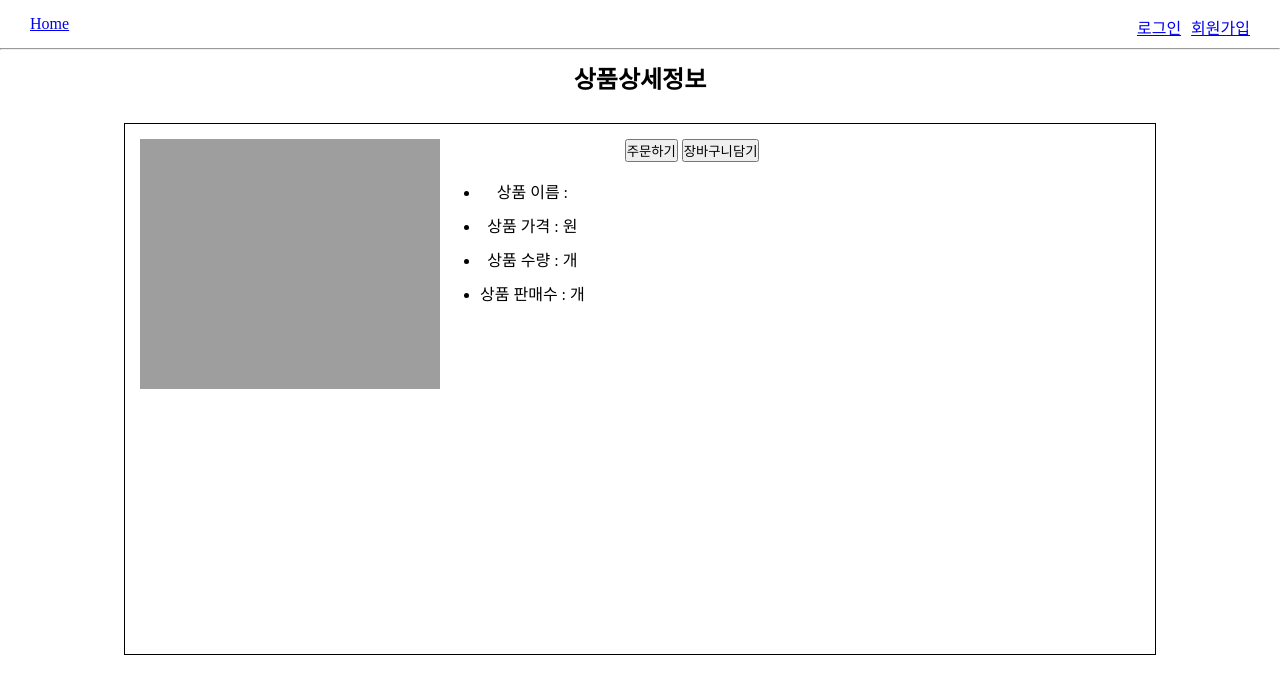
Repository: quswldms137/Shopping
Page: http://localhost/shop/WEB-INF/views/productDetail.jsp
An editor plug-in stored every save of this project. The page is shown before and after the next save, followed by the edit.
The browser window is 1280 px wide. The pictures show the whole page.
Pictures or frames that could not be fetched are drawn as grey boxes. The page is served by Tomcat 10. Nobody is signed in. The template is opened directly, without the code that normally fills it, so the values that code supplies are empty.

Above is the page before, as saved 2024-05-29 07:09:49.

After the next save:
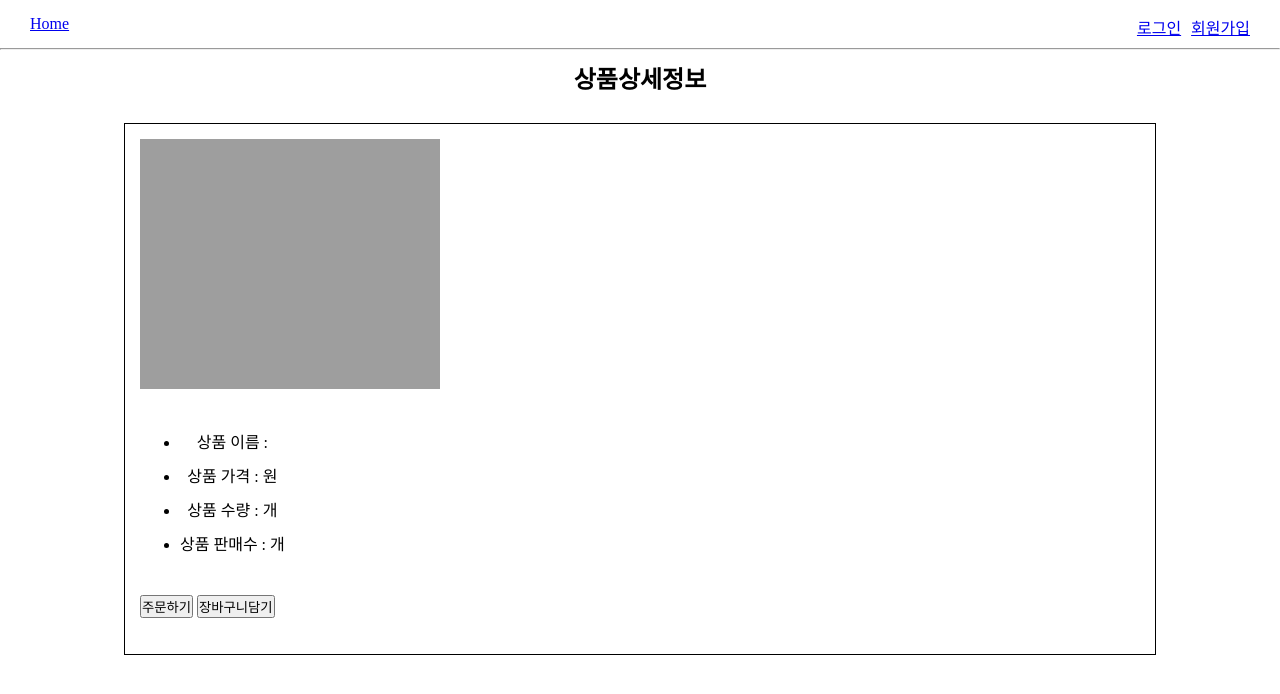
Saved 61 s later.
--- a/shop/shop/src/main/webapp/WEB-INF/views/productDetail.jsp
+++ b/shop/shop/src/main/webapp/WEB-INF/views/productDetail.jsp
@@ -15,7 +15,7 @@ flex-direction: column;
 h2{padding:10px;}
 .img {
     display: flex;
-    flex-direction: row; /* 수직 정렬 */
+    flex-direction: column; /* 수직 정렬 */
     align-items: flex-start; /* 가로축 가운데 정렬 */
     justify-content: flex-start; /* 세로축 가운데 정렬 */
     border: 1px solid black; /* 테두리 스타일 및 두께 설정 */
@@ -30,7 +30,9 @@ h2{padding:10px;}
 .text li{
 	margin:10px;
 }
+.btn{
 
+}
 
 </style>
 </head>
